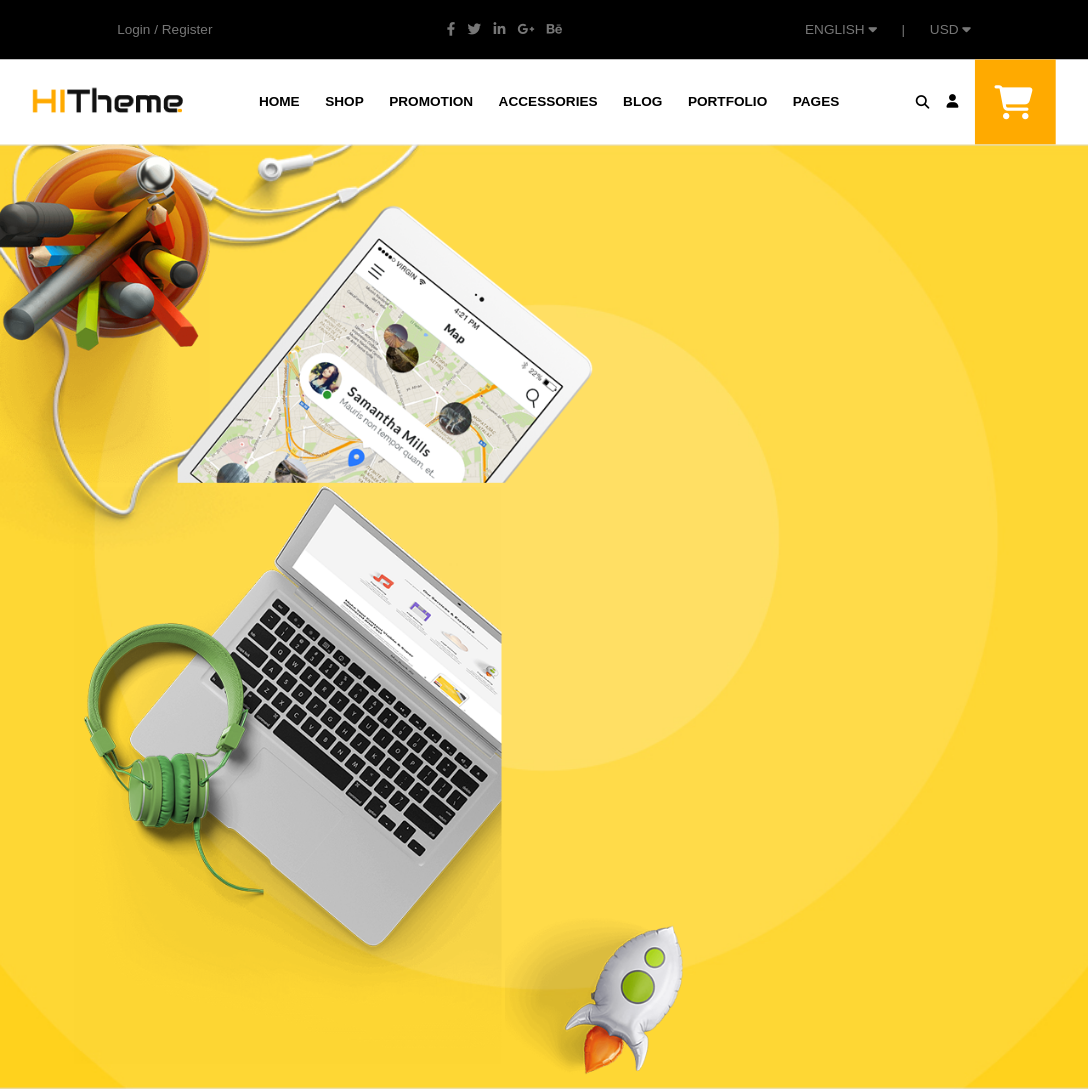
Repository: Thach1311/DU-AN-WEB-BAN-HANG-
Page: index1.html
The author's editor kept a copy of each file at every save. The page is drawn from the files as they stood at one save, then again after the next save.
The browser window is 1280 px wide. The pictures show the whole page, at 85% of full size.

Above is the page before, as saved 2023-02-23 17:35:08.

After the next save:
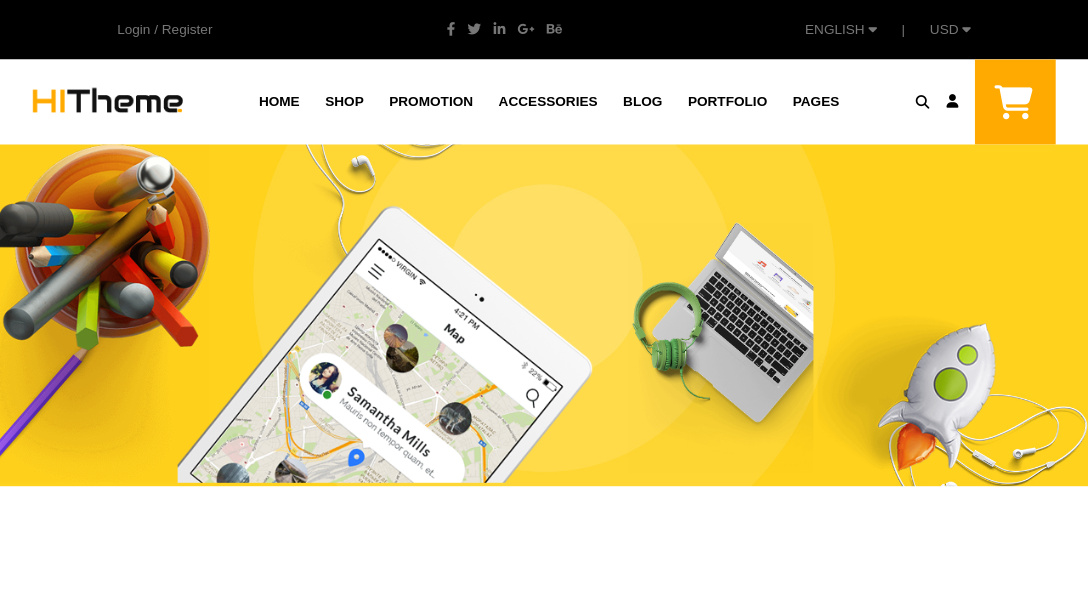
Saved 3 s later.
--- a/CSS/style1.css
+++ b/CSS/style1.css
@@ -625,7 +625,7 @@
      animation: go 3s infinite alternate-reverse;
 }
 .slide__bgMain-item3{
-    wi
+    width: 20%;
 }
 .slide__bgMain-item4{
 
